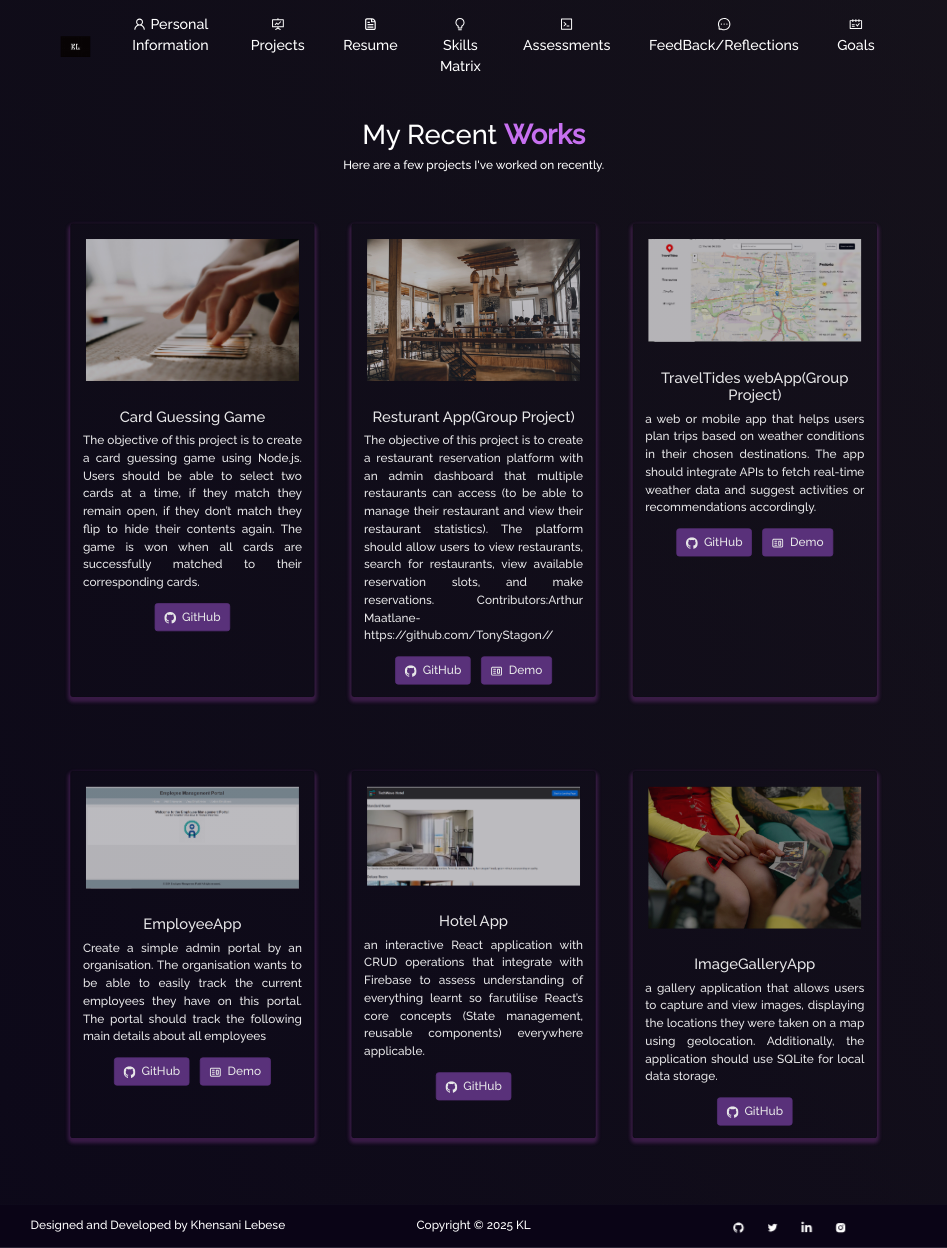
Repository: Khensani-Lebese/PortfolioCodeTribe
Page: /project
The author's editor kept a copy of each file at every save. The page is drawn from the files as they stood at one save, then again after the next save.
The browser window is 1280 px wide. The pictures show the whole page, at 74% of full size.
The project was rebuilt for these pictures with package versions that can differ from the ones it lists, and the page was loaded fresh each time. Also part of the build but not shown: src/components/Home/Home2.js, src/components/Home/Type.js, src/components/Home/Home.js, src/components/About/Github.js, src/components/About/Techstack.js, src/components/About/AboutCard.js, src/components/About/Toolstack.js, src/components/About/About.js and 5 more. Imported but missing from the stored project, and not drawn on this page: src/Assets/Khensani Lebese Resume.pdf.

Above is the page before, as saved 2025-02-06 12:11:29.

After the next save:
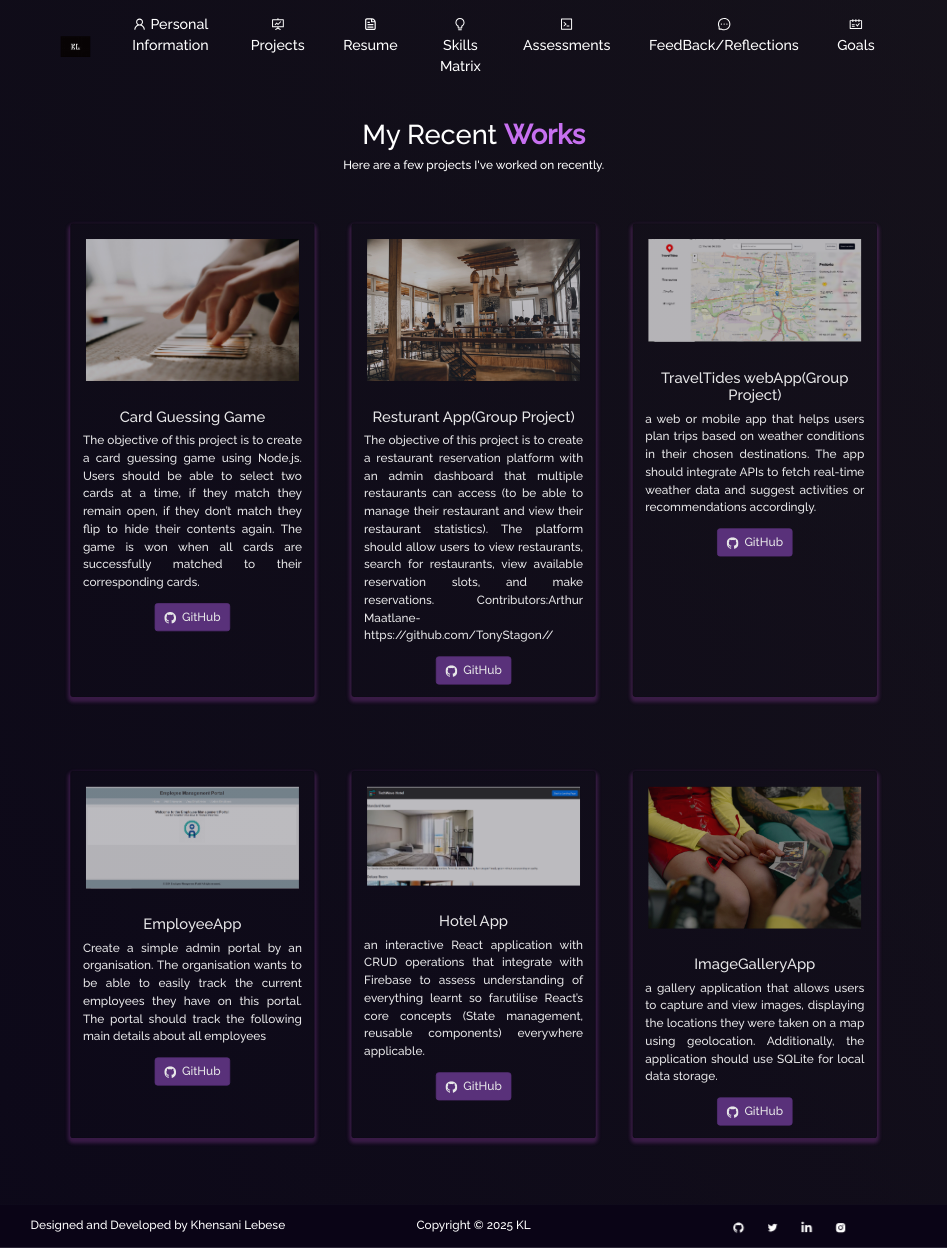
Saved 57 days later.
--- a/src/components/Projects/Projects.js
+++ b/src/components/Projects/Projects.js
@@ -39,7 +39,6 @@ function Projects() {
               description="The objective of this project is to create a restaurant reservation platform with an admin dashboard that multiple restaurants can access (to be able to manage their restaurant and view their restaurant statistics). The platform should allow users to view restaurants, search for restaurants, view available reservation slots, and make reservations.
               Contributors:Arthur Maatlane-https://github.com/TonyStagon//"
               ghLink="https://github.com/Khensani-Lebese/ResturantApplication.git"
-              demoLink=" "
             />
           </Col>
 
@@ -50,7 +49,6 @@ function Projects() {
               title="TravelTides webApp(Group Project)"
               description="a web or mobile app that helps users plan trips based on weather conditions in their chosen destinations. The app should integrate APIs to fetch real-time weather data and suggest activities or recommendations accordingly."
               ghLink="https://github.com/Khensani-Lebese/weather-travel-planner-backend.git(Backend)"
-              demoLink="https://weather-travel-planner-frontend.vercel.app/"
             />
           </Col>
 
@@ -61,7 +59,6 @@ function Projects() {
               title="EmployeeApp"
               description="Create a simple admin portal by an organisation. The organisation wants to be able to easily track the current employees they have on this portal. The portal should track the following main details about all employees"
               ghLink="https://github.com/Khensani-Lebese/EmployeeApp.git"
-              demoLink=" "
             />
           </Col>
 
@@ -72,7 +69,6 @@ function Projects() {
               title=" Hotel App"
               description="an interactive React application with CRUD operations that integrate with Firebase to assess understanding of everything learnt so far.utilise React’s core concepts (State management, reusable components) everywhere applicable."
               ghLink="https://github.com/Khensani-Lebese/HotelApp.git"
-              demoLink=""
             />
           </Col>
 
@@ -83,7 +79,6 @@ function Projects() {
               title="ImageGalleryApp"
               description=" a gallery application that allows users to capture and  view images, displaying  the locations they were taken on a map using geolocation. Additionally, the application should use SQLite for local data storage."
               ghLink="https://github.com/Khensani-Lebese/ImageGalleryApp.git"
-              demoLink=""
             />
           </Col>
         </Row>
